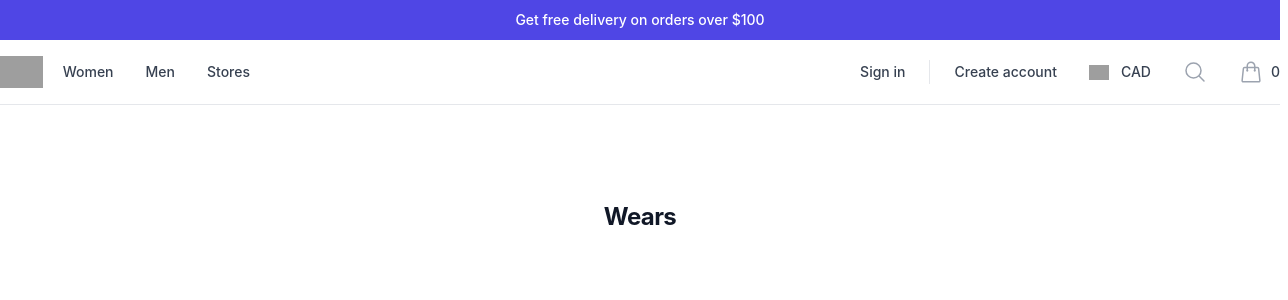
Repository: mehedi9465/Maiden_Wears
Page: /men
The author's editor kept a copy of each file at every save. The page is drawn from the files as they stood at one save, then again after a run of saves.
The browser window is 1280 px wide. The page is 1288 px wide, so the pictures cover 1288 px, including what lies to the right of the window. The pictures show the whole page.
Pictures or frames that could not be fetched are drawn as grey boxes. The page's requests for data from a server got no answer. The project was rebuilt for these pictures with package versions that can differ from the ones it lists, and the page was loaded fresh each time. No one was signed in, and anything a server would have sent is missing. Also part of the build but not shown: src/Components/Home/Promo/Promo.js, src/Components/Home/NewArrivals/NewArrivals.js, src/Components/Home/Brands/Brands.js, src/Components/Home/Home/Home.js, src/Components/Authentication/Login/Login.js, src/Components/Authentication/Register/Register.js.

Above is the page before, as saved 2022-12-30 16:45:21.

After the next 2 saves:
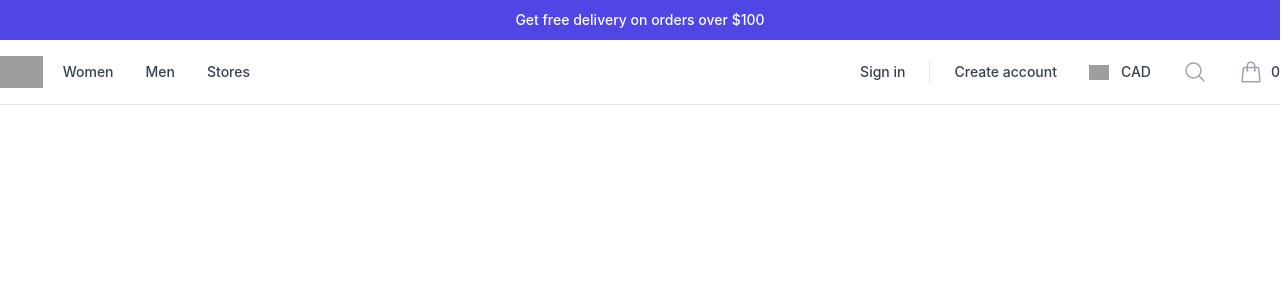
The 2 saves are shown as one change because they came seconds apart.
The last was saved 21 s later.
--- a/src/Components/Products/Products.js
+++ b/src/Components/Products/Products.js
@@ -31,7 +31,9 @@ const Products = () => {
     <div className="bg-white container mx-auto">
       <div className="mx-auto max-w-2xl py-16 px-4 sm:py-24 sm:px-6 lg:max-w-7xl lg:px-8">
         <h2 className="text-2xl font-bold tracking-tight text-gray-900">
-          {<p className="capitalize">{ routeId } wears</p>}
+          {
+
+          }
         </h2>
 
         <div className="mt-6 grid grid-cols-1 gap-y-10 gap-x-6 sm:grid-cols-2 lg:grid-cols-4 xl:gap-x-8">
